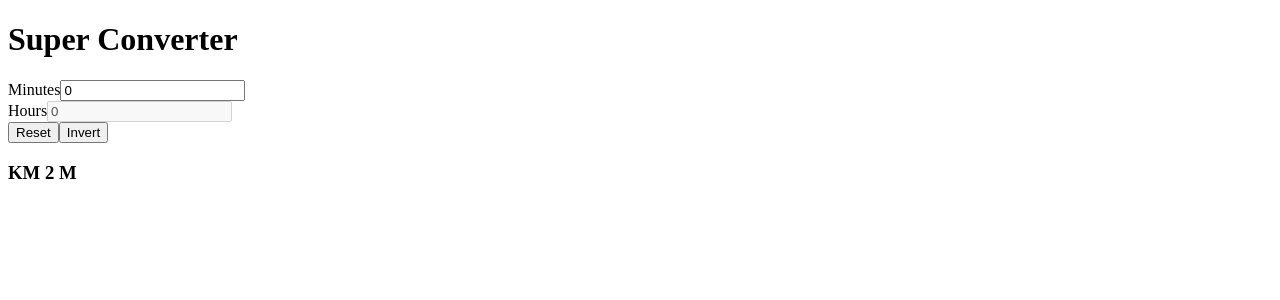
Repository: Leeminsu67/react-principle-study
Page: converter.html
The author's editor kept a copy of each file at every save. The page is drawn from the files as they stood at one save, then again after the next save.
The browser window is 1280 px wide. The pictures show the whole page.

Above is the page before, as saved 2024-08-01 17:21:04.

After the next save:
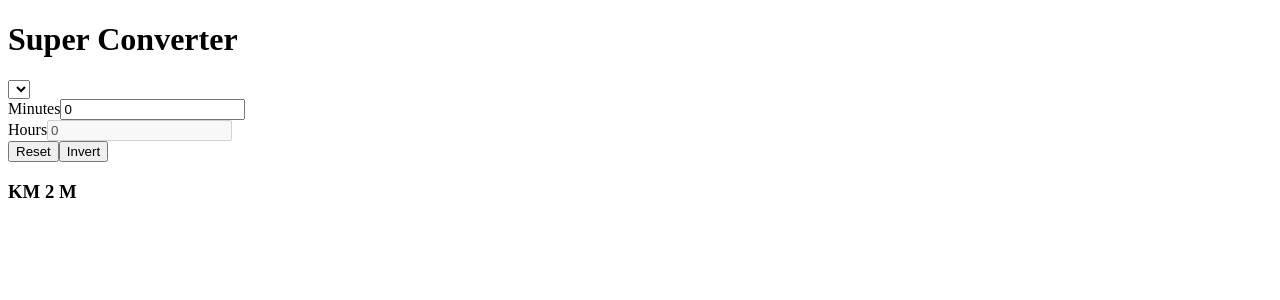
Saved 32 s later.
--- a/converter.html
+++ b/converter.html
@@ -61,6 +61,7 @@
       return (
         <div>
           <h1>Super Converter</h1>
+          <select></select>
           <MinutesToHours />
           <KmToMiles />
         </div>
